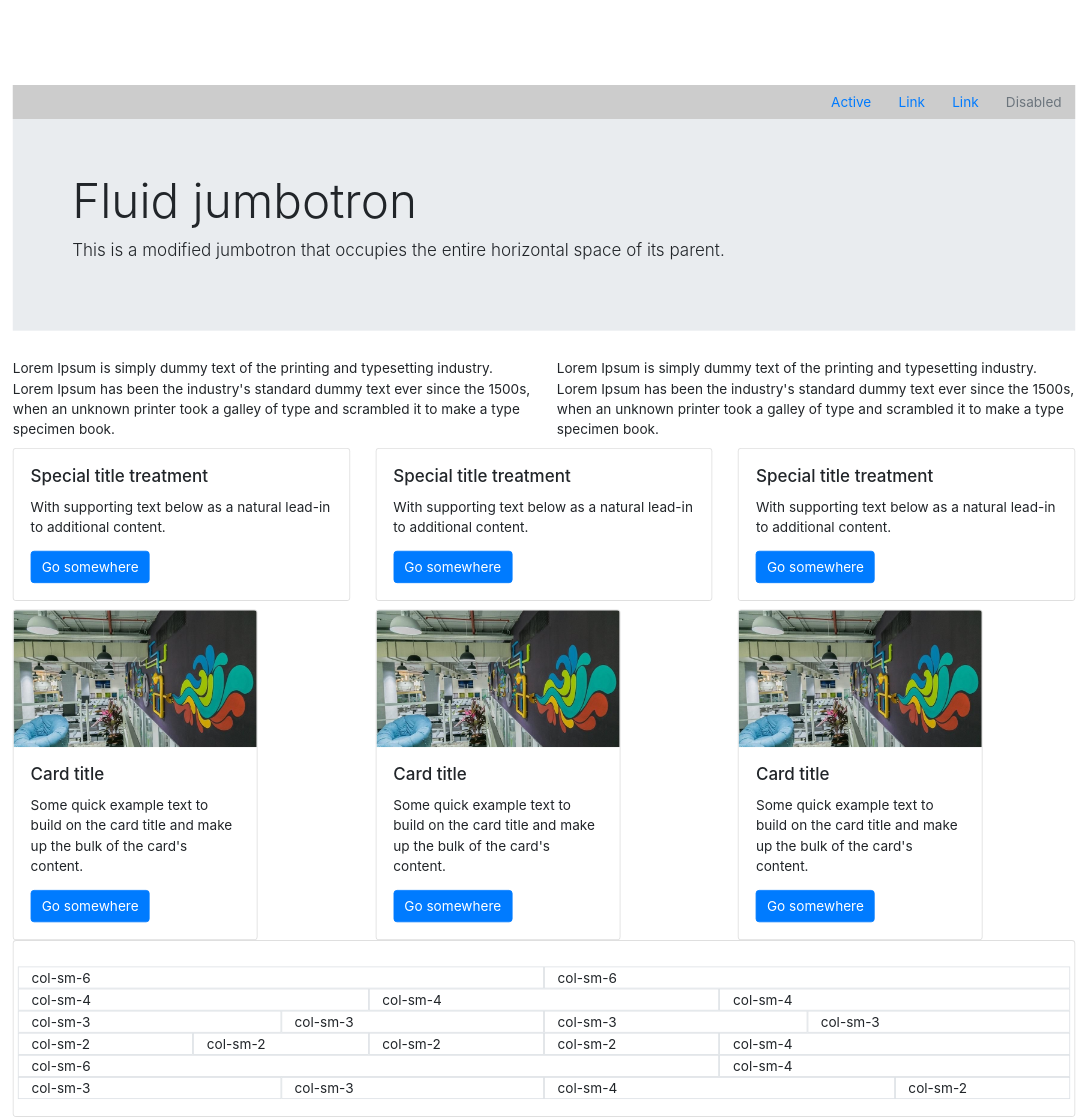
Repository: Green-Technologies-Angular/HTML
Page: index.html
These files come from the project's save history. The page is drawn as it stood at one moment and after the next save; the edit follows.
The browser window is 1280 px wide. The pictures show the whole page, at 85% of full size.

Above is the page before, as saved 2019-01-31 10:36:20.

### index.html
<!DOCTYPE html>
<html>

<head>
    <title>Title of the document</title>
    <link rel="stylesheet" href="css/bootstrap.css">
    <link rel="stylesheet" href="css/index.css">
    <style>
        .border {
            border: 1px solid #ccc;
        }

        .bg-nav {
            background: green;
        }
    </style>
    <script>
        localStorage.setItem("name", "tamilsdfsdfsdfsdfmani");
        console.log(localStorage.getItem('name'));
    </script>
</head>

<body>
    <div class="container-fluid">
        <ul class="nav justify-content-end bg-nav" style="background: #ccc;">
            <li class="nav-item">
                <a class="nav-link active" href="#">Active</a>
            </li>
            <li class="nav-item">
                <a class="nav-link" href="#">Link</a>
            </li>
            <li class="nav-item">
                <a class="nav-link" href="#">Link</a>
            </li>
            <li class="nav-item">
                <a class="nav-link disabled" href="#" tabindex="-1" aria-disabled="true">Disabled</a>
            </li>
        </ul>
        <div class="jumbotron jumbotron-fluid">
            <div class="container">
                <h1 class="display-4">Fluid jumbotron</h1>
                <p class="lead">This is a modified jumbotron that occupies the entire horizontal space of its parent.</p>
            </div>
        </div>
        <div class="row">
            <div class="col-xl-6 col-lg-6 col-md-6 col-sm-6">
                Lorem Ipsum is simply dummy text of the printing and typesetting industry. Lorem Ipsum has been the
                industry's standard dummy text ever since the 1500s, when an unknown printer took a galley of type and
                scrambled it to make a type specimen book.
            </div>
            <div class="col-xl-6 col-lg-6 col-md-6 col-sm-6">
                Lorem Ipsum is simply dummy text of the printing and typesetting industry. Lorem Ipsum has been the
                industry's standard dummy text ever since the 1500s, when an unknown printer took a galley of type and
                scrambled it to make a type specimen book.
            </div>
        </div>
        <div class="row" style="padding-top:10px;">
            <div class="col-sm-4">
                <div class="card">
                    <div class="card-body">
                        <h5 class="card-title">Special title treatment</h5>
                        <p class="card-text">With supporting text below as a natural lead-in to additional content.</p>
                        <a href="#" class="btn btn-primary">Go somewhere</a>
                    </div>
                </div>
            </div>
            <div class="col-sm-4">
                <div class="card">
                    <div class="card-body">
                        <h5 class="card-title">Special title treatment</h5>
                        <p class="card-text">With supporting text below as a natural lead-in to additional content.</p>
                        <a href="#" class="btn btn-primary">Go somewhere</a>
                    </div>
                </div>
            </div>
            <div class="col-sm-4">
                <div class="card">
                    <div class="card-body">
                        <h5 class="card-title">Special title treatment</h5>
                        <p class="card-text">With supporting text below as a natural lead-in to additional content.</p>
                        <a href="#" class="btn btn-primary">Go somewhere</a>
                    </div>
                </div>
            </div>
        </div>
        <div class="row" style="padding-top:10px;">
            <div class="col-sm-4">
                <div class="card" style="width: 18rem;">
                    <img src="images/Download.jpg" class="card-img-top" alt="...">
                    <div class="card-body">
                        <h5 class="card-title">Card title</h5>
                        <p class="card-text">Some quick example text to build on the card title and make up the bulk of
                            the
                            card's content.</p>
                        <a href="#" class="btn btn-primary">Go somewhere</a>
                    </div>
                </div>
            </div>

            <div class="col-sm-4">
                <div class="card" style="width: 18rem;">
                    <img src="images/Download.jpg" class="card-img-top" alt="...">
                    <div class="card-body">
                        <h5 class="card-title">Card title</h5>
                        <p class="card-text">Some quick example text to build on the card title and make up the bulk of
                            the
                            card's content.</p>
                        <a href="#" class="btn btn-primary">Go somewhere</a>
                    </div>
                </div>
            </div>
            <div class="col-sm-4">
                <div class="card" style="width: 18rem;">
                    <img src="images/Download.jpg" class="card-img-top" alt="...">
                    <div class="card-body">
                        <h5 class="card-title">Card title</h5>
                        <p class="card-text">Some quick example text to build on the card title and make up the bulk of
                            the
                            card's content.</p>
                        <a href="#" class="btn btn-primary">Go somewhere</a>
                    </div>
                </div>
            </div>
        </div>

        <div class="card" style="padding-top:10px;">
            <div class="card-body">
                <div class="row">
                    <div class="col-sm-6 border">col-sm-6</div>
                    <div class="col-sm-6 border">col-sm-6</div>
                </div>
                <div class="row">
                    <div class="col-sm-4 border">col-sm-4</div>
                    <div class="col-sm-4 border">col-sm-4</div>
                    <div class="col-sm-4 border">col-sm-4</div>
                </div>
                <div class="row">
                    <div class="col-sm-3 border">col-sm-3</div>
                    <div class="col-sm-3 border">col-sm-3</div>
                    <div class="col-sm-3 border">col-sm-3</div>
                    <div class="col-sm-3 border">col-sm-3</div>
                </div>
                <div class="row">
                    <div class="col-sm-2 border">col-sm-2</div>
                    <div class="col-sm-2 border">col-sm-2</div>
                    <div class="col-sm-2 border">col-sm-2</div>
                    <div class="col-sm-2 border">col-sm-2</div>
                    <div class="col-sm-4 border">col-sm-4</div>
                </div>
                <div class="row">
                    <div class="col-sm-8 border">col-sm-6</div>
                    <div class="col-sm-4 border">col-sm-4</div>
                </div>
                <div class="row">
                    <div class="col-sm-3 border">col-sm-3</div>
                    <div class="col-sm-3 border">col-sm-3</div>
                    <div class="col-sm-4 border">col-sm-4</div>
                    <div class="col-sm-2 border">col-sm-2</div>
                </div>
            </div>
        </div>

    </div>
    <script src="script/jquery.js"></script>
    <script src="script/popper.js"></script>
    <script src="script/bootstrap.js"></script>
</body>

</html>

### css/index.css
.bg-nav{
    background: red;
}
@media (min-width: 1200px) {
    .bg-nav{
        background: red;
        margin-top:100px;
    }
 }

Loaded but not shown: css/bootstrap.css (library); script/jquery.js (library); script/popper.js (library); script/bootstrap.js (library)

After the next save:
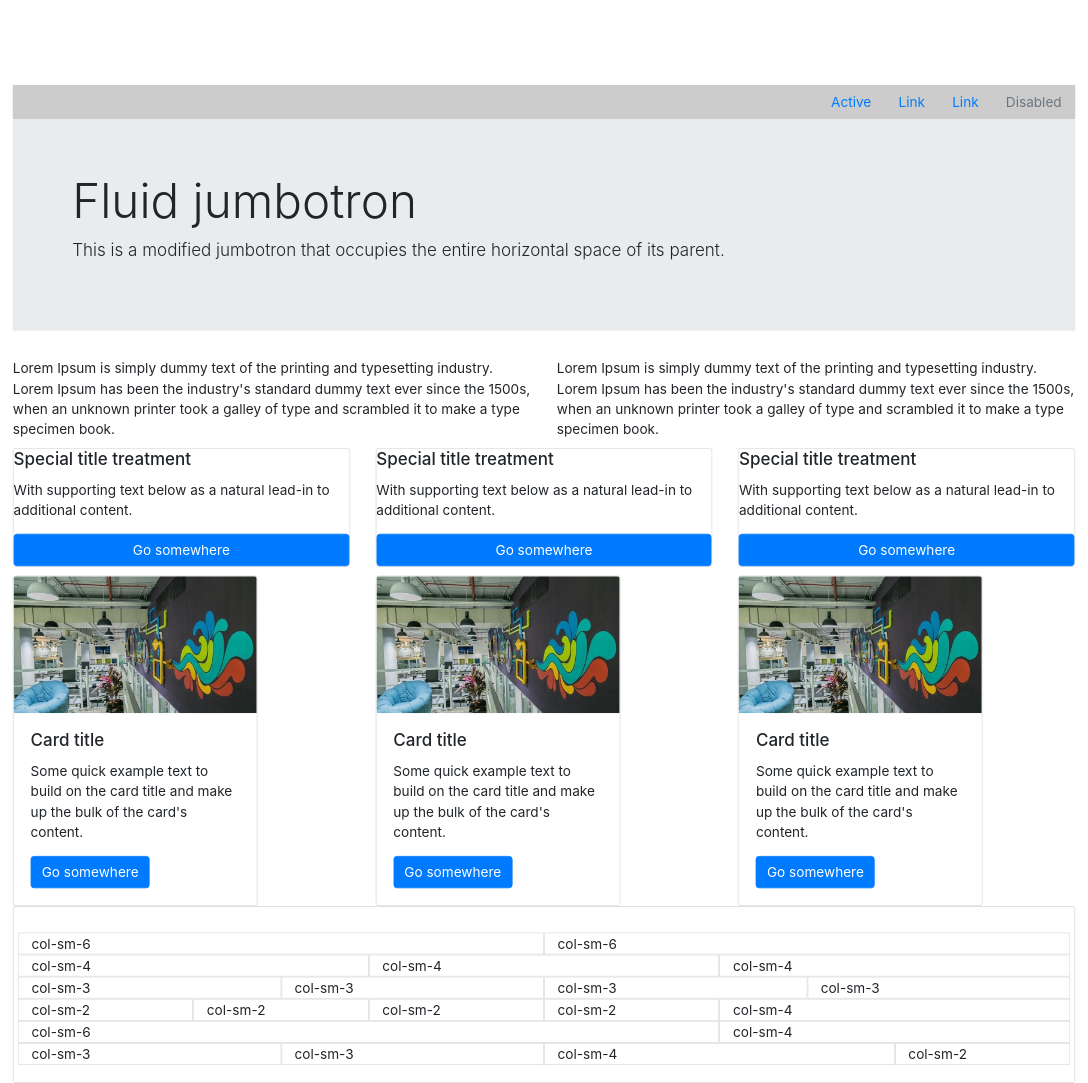
Saved 34 s later.
--- a/index.html
+++ b/index.html
@@ -57,29 +57,23 @@
         <div class="row" style="padding-top:10px;">
             <div class="col-sm-4">
                 <div class="card">
-                    <div class="card-body">
-                        <h5 class="card-title">Special title treatment</h5>
-                        <p class="card-text">With supporting text below as a natural lead-in to additional content.</p>
-                        <a href="#" class="btn btn-primary">Go somewhere</a>
-                    </div>
+                    <h5 class="card-title">Special title treatment</h5>
+                    <p class="card-text">With supporting text below as a natural lead-in to additional content.</p>
+                    <a href="#" class="btn btn-primary">Go somewhere</a>
                 </div>
             </div>
             <div class="col-sm-4">
                 <div class="card">
-                    <div class="card-body">
-                        <h5 class="card-title">Special title treatment</h5>
-                        <p class="card-text">With supporting text below as a natural lead-in to additional content.</p>
-                        <a href="#" class="btn btn-primary">Go somewhere</a>
-                    </div>
+                    <h5 class="card-title">Special title treatment</h5>
+                    <p class="card-text">With supporting text below as a natural lead-in to additional content.</p>
+                    <a href="#" class="btn btn-primary">Go somewhere</a>
                 </div>
             </div>
             <div class="col-sm-4">
                 <div class="card">
-                    <div class="card-body">
-                        <h5 class="card-title">Special title treatment</h5>
-                        <p class="card-text">With supporting text below as a natural lead-in to additional content.</p>
-                        <a href="#" class="btn btn-primary">Go somewhere</a>
-                    </div>
+                    <h5 class="card-title">Special title treatment</h5>
+                    <p class="card-text">With supporting text below as a natural lead-in to additional content.</p>
+                    <a href="#" class="btn btn-primary">Go somewhere</a>
                 </div>
             </div>
         </div>

After the save that followed:
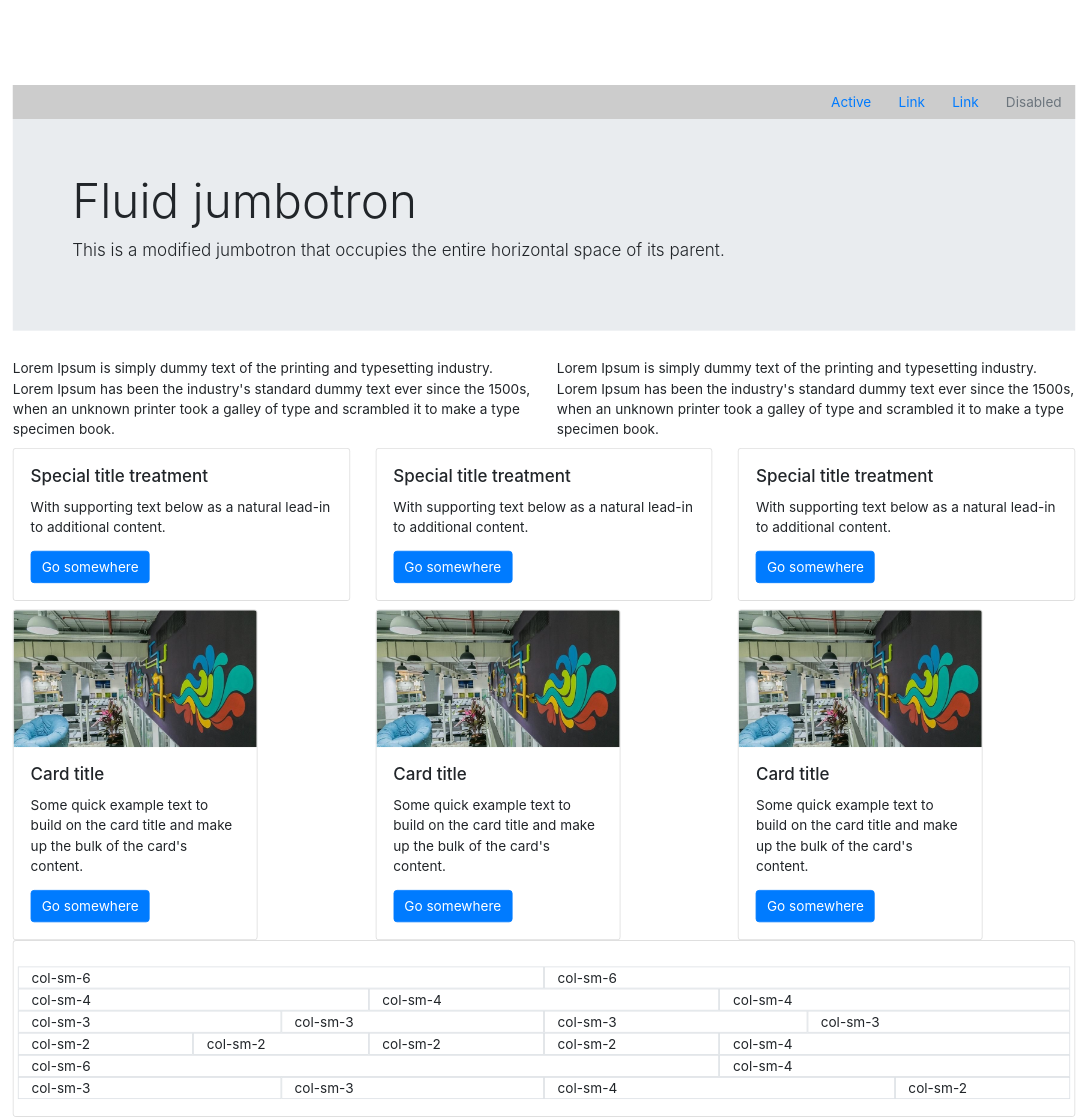
Saved 14 s later.
--- a/index.html
+++ b/index.html
@@ -57,23 +57,29 @@
         <div class="row" style="padding-top:10px;">
             <div class="col-sm-4">
                 <div class="card">
-                    <h5 class="card-title">Special title treatment</h5>
-                    <p class="card-text">With supporting text below as a natural lead-in to additional content.</p>
-                    <a href="#" class="btn btn-primary">Go somewhere</a>
+                    <div class="card-body">
+                        <h5 class="card-title">Special title treatment</h5>
+                        <p class="card-text">With supporting text below as a natural lead-in to additional content.</p>
+                        <a href="#" class="btn btn-primary">Go somewhere</a>
+                    </div>
                 </div>
             </div>
             <div class="col-sm-4">
                 <div class="card">
-                    <h5 class="card-title">Special title treatment</h5>
-                    <p class="card-text">With supporting text below as a natural lead-in to additional content.</p>
-                    <a href="#" class="btn btn-primary">Go somewhere</a>
+                    <div class="card-body">
+                        <h5 class="card-title">Special title treatment</h5>
+                        <p class="card-text">With supporting text below as a natural lead-in to additional content.</p>
+                        <a href="#" class="btn btn-primary">Go somewhere</a>
+                    </div>
                 </div>
             </div>
             <div class="col-sm-4">
                 <div class="card">
-                    <h5 class="card-title">Special title treatment</h5>
-                    <p class="card-text">With supporting text below as a natural lead-in to additional content.</p>
-                    <a href="#" class="btn btn-primary">Go somewhere</a>
+                    <div class="card-body">
+                        <h5 class="card-title">Special title treatment</h5>
+                        <p class="card-text">With supporting text below as a natural lead-in to additional content.</p>
+                        <a href="#" class="btn btn-primary">Go somewhere</a>
+                    </div>
                 </div>
             </div>
         </div>
